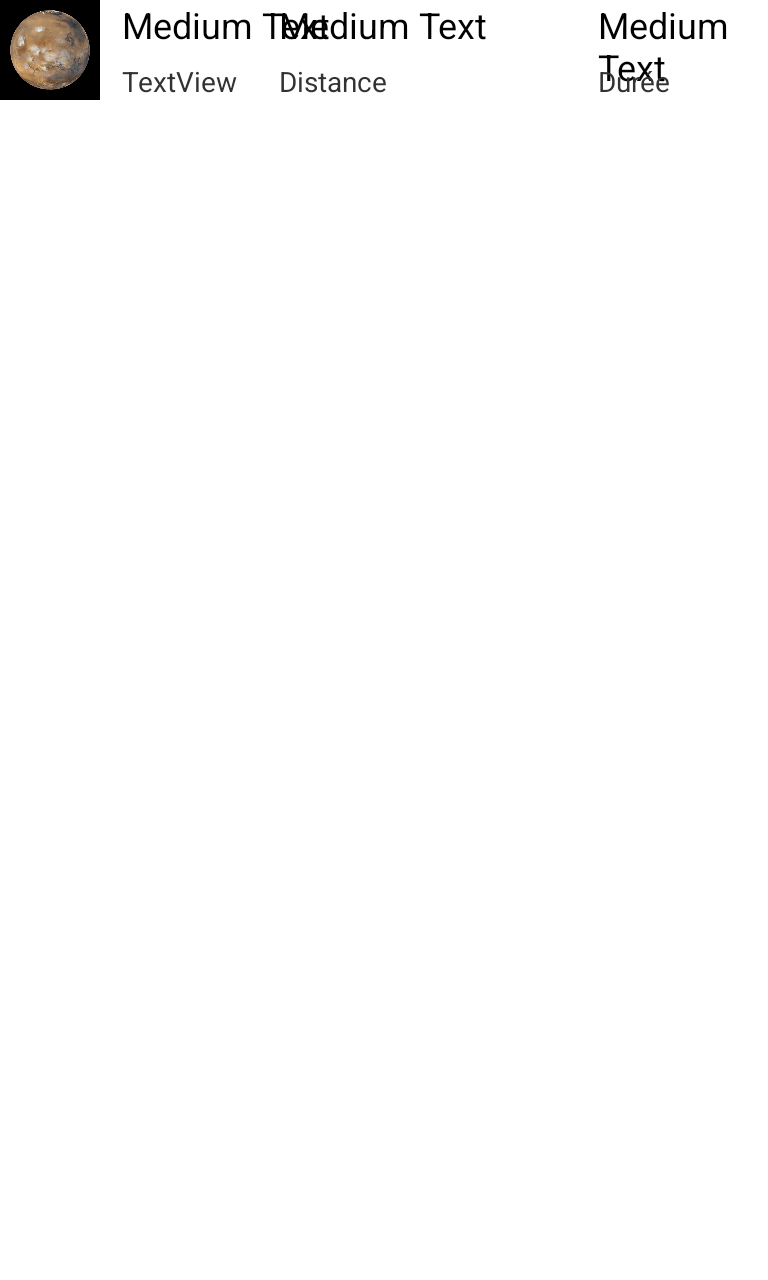
Repository: dekeym/Projet-IHM
Layout: WorkSpace/ChallengeMe/res/layout/rowlayout.xml
The author's editor kept a copy of each file at every save. The layout is drawn from the files as they stood at one save, then again after the next save.
It is drawn on a 768 x 1280 px phone screen (xhdpi) without system bars, with theme android:Theme.Holo.Light.DarkActionBar; the app's code is not run.

Above is the layout before, as saved 2014-12-16 22:13:22.

After the next save:
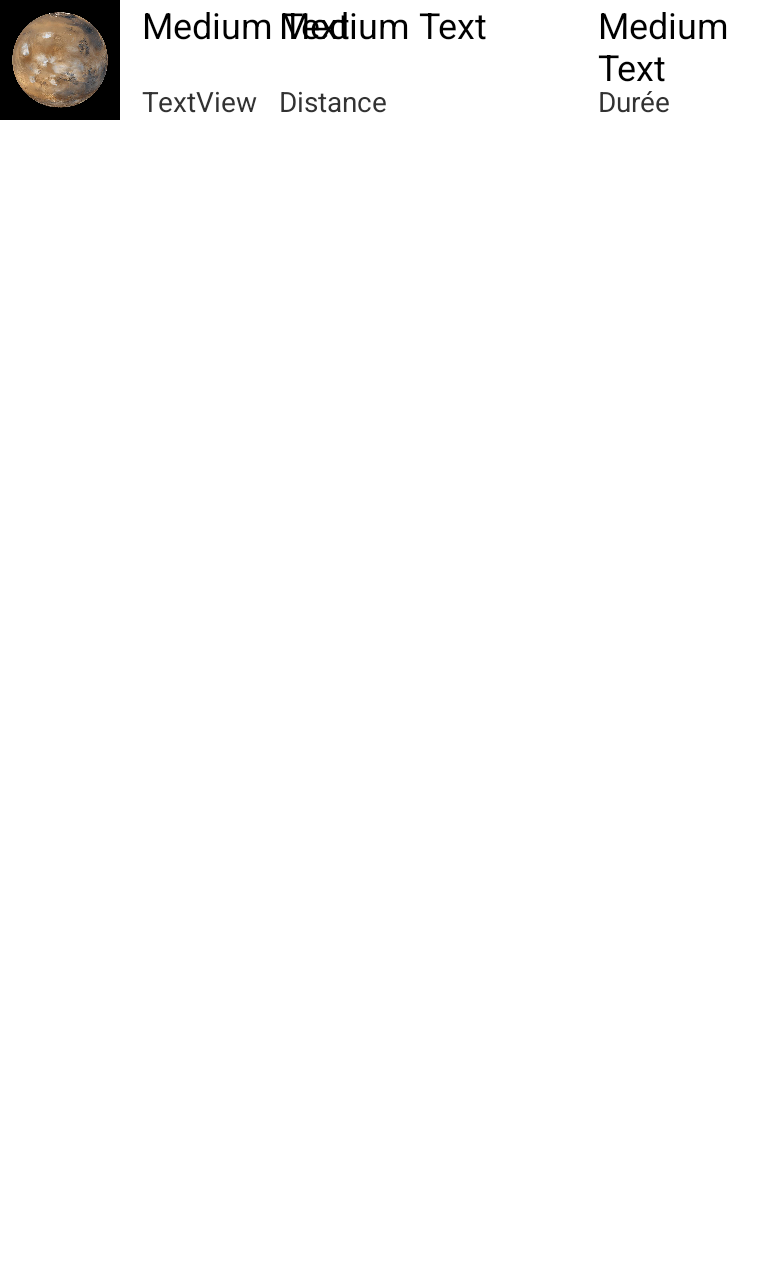
Saved 15 h 51 min later.
--- a/WorkSpace/ChallengeMe/res/layout/rowlayout.xml
+++ b/WorkSpace/ChallengeMe/res/layout/rowlayout.xml
@@ -10,8 +10,8 @@
         android:layout_alignParentLeft="true"
         android:layout_alignParentTop="true"
         android:adjustViewBounds="true"
-        android:maxHeight="50dp"
-        android:maxWidth="50dp"
+        android:maxHeight="60dp"
+        android:maxWidth="60dp"
         android:src="@drawable/mars" />
 
     <TextView
